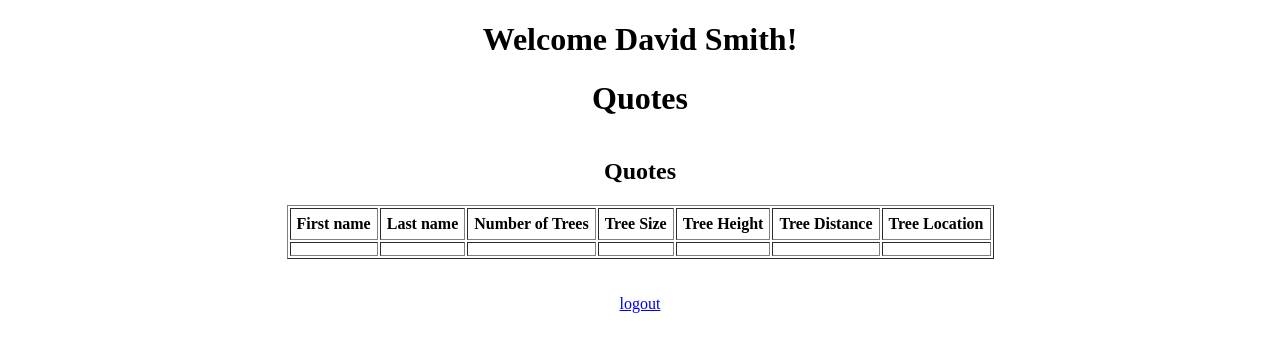
Repository: jrule5960/Tree-Cutting-Database
Page: http://localhost/database/Requests.jsp
These files come from the project's save history. The page is drawn as it stood at one moment and after the next save; the edit follows.
The browser window is 1280 px wide. The pictures show the whole page.
The page is served by Tomcat 9. Other server files are loaded and not shown.

Above is the page before, as saved 2023-11-06 22:45:47.

### database/WebContent/Requests.jsp
<%@ page language="java" contentType="text/html; charset=UTF-8"
    pageEncoding="UTF-8"%>
<!DOCTYPE html>
<html>
<head>
<meta charset="UTF-8">
<title>Quotes</title>
</head>
<body>
<center>
<h1>Welcome David Smith!</h1>

<h1>Quotes</h1>
    <div align="center">
        <table border="1" cellpadding="6">
            <caption><h2>Quotes</h2></caption>
            <tr>
                <th>First name</th>

                <th>Last name</th>

                <th>Number of Trees</th>

                <th>Tree Size</th>

                <th>Tree Height</th>

                <th>Tree Distance</th>

                <th>Tree Location</th>
            </tr>
            <c:forEach var="users" items="${listUser}">
                <tr style="text-align:center">
                    <td><c:out value="${users.firstName}" /></td>

                    <td><c:out value="${users.lastName}" /></td>

                    <td><c:out value="${users.tree_amt}" /></td>

			        <td><c:out value="${users.tree_size}" /></td>

			        <td><c:out value="${users.tree_height}" /></td>

                    <td><c:out value="${users.tree_distance}" /></td>

                    <td><c:out value="${users.tree_location}" /></td>

            </c:forEach>
        </table>
	</div>
	</div>


<br> <br> <a href="login.jsp"target ="_self" > logout</a><br><br>

</center>


</body>
</html>

After the next save:
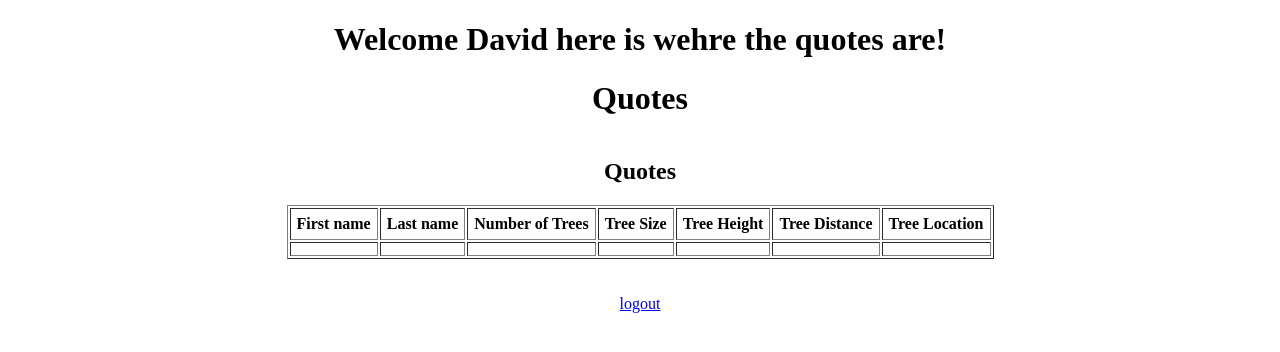
Saved 31 s later.
--- a/database/WebContent/Requests.jsp
+++ b/database/WebContent/Requests.jsp
@@ -8,7 +8,7 @@
 </head>
 <body>
 <center>
-<h1>Welcome David Smith!</h1>
+<h1>Welcome David here is wehre the quotes are!</h1>
 
 <h1>Quotes</h1>
     <div align="center">
